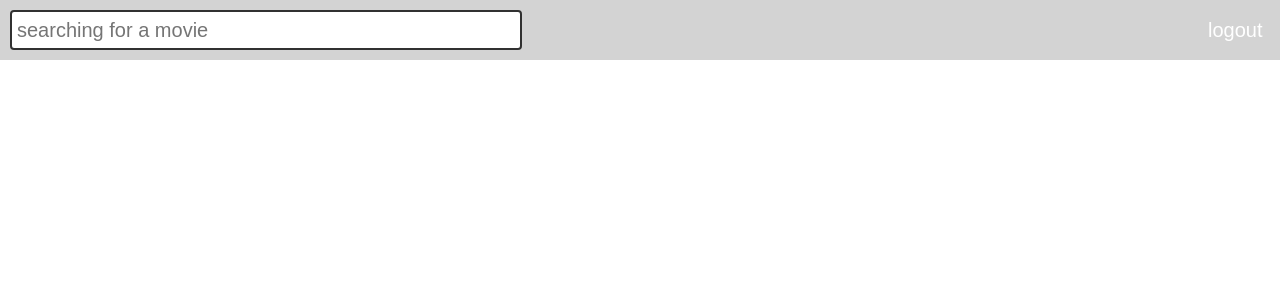
Repository: rutsguifd/uni
Page: /films (app in filmhub-react/)
These files come from the project's save history. The page is drawn as it stood at one moment and after the next save; the edit follows.
The browser window is 1280 px wide. The pictures show the whole page.
The page's requests for data from a server got no answer. The project was rebuilt for these pictures with package versions that can differ from the ones it lists, and the page was loaded fresh each time. No one was signed in, and anything a server would have sent is missing. Also part of the build but not shown: filmhub-react/src/components/Chat.jsx, filmhub-react/src/store/actions/movieActions.js, filmhub-react/src/styles/FilmPage.scss, filmhub-react/src/pages/FilmPage.jsx, filmhub-react/src/styles/FilmItem.scss, filmhub-react/src/components/FilmItem.jsx, filmhub-react/src/styles/FilmList.scss, filmhub-react/src/store/actions/actions.js and 4 more.

Above is the page before, as saved 2022-05-10 03:06:16.

### filmhub-react/src/index.js
import React from "react";
import ReactDOM from "react-dom";
import { Provider } from "react-redux";
import { BrowserRouter } from "react-router-dom";
import App from "./App";
import { store } from "./store";

ReactDOM.render(
  <React.StrictMode>
    <BrowserRouter>
      <Provider store={store}>
        <App />
      </Provider>
    </BrowserRouter>
  </React.StrictMode>,
  document.getElementById("root")
);

### filmhub-react/src/App.js

import AppRouter from "./router/AppRouter";
import './styles/App.scss'

function App() {
  return (
    <div className="App">
      <AppRouter/>
    </div>
  );
}

export default App;

### filmhub-react/src/store/index.js
import { applyMiddleware, combineReducers, createStore } from "redux";
import thunk from "redux-thunk";
import { fetchDataReducer } from "./reducers/fetchDataReducer"
import { fetchMovieReducer } from "./reducers/fetchMovieReducer";
const rootReducer = combineReducers({
    fetchDataReducer,
    fetchMovieReducer,
})

export const store = createStore(rootReducer, applyMiddleware(thunk))

### filmhub-react/src/router/AppRouter.jsx
import React from "react";
import { Route, Routes } from "react-router-dom";
import FilmPage from "../pages/FilmPage";
import Films from "../pages/Films";
import HomePage from "../pages/HomePage";

const AppRouter = () => {
  return (
    <>
      <Routes>
        <Route path="/" element={<HomePage />}/>
        <Route path="/films" element={<Films />} />
        <Route path="/films/:id" element={<FilmPage />} />
      </Routes>
    </>
  );
};

export default AppRouter;

### filmhub-react/src/styles/App.scss
* {
    font-size: 20px;
    margin: 0;
    padding: 0;
    box-sizing: border-box;

    font-family: 'Fira Sans', sans-serif;
}

#root{
    display: flex;
    justify-content: center;
}

.App{
    width: 100%;
    max-width: 100%;
}

### filmhub-react/src/store/reducers/fetchDataReducer.js

const initialState = {
    movies:
    {
        data: null,
        loading: false,
        error: false,
    }
};

const FETCH_MOVIES = "FETCH_SEARCH_MOVIES";
const FETCH_MOVIES_SUCCESS = "FETCH_MOVIES_SUCCESS";
const FETCH_MOVIES_FAILURE = "FETCH_MOVIES_FAILURE";

export const fetchDataReducer = (state = initialState, action) => {
    switch(action.type) {
        case FETCH_MOVIES:
            return {
                ...state,
                movies: {
                    data: null,
                    loading: true,
                    error: false,
                }
            }
        case FETCH_MOVIES_SUCCESS:
            return {
                ...state,
                movies: {
                    data: action.payload,
                    loading: false,
                    error: false,
                }
            }
            case FETCH_MOVIES_FAILURE:
                return {
                    ...state,
                    movies: {
                        data: null,
                        loading: false,
                        error: action.payload,
                    }
                }
        default:
            return state;
    }
}

### filmhub-react/src/store/reducers/fetchMovieReducer.js

const initialState = {
    movie:
    {
        data: null,
        loading: false,
        error: false,
    }
};

const FETCH_MOVIE = "FETCH_MOVIE";
const FETCH_MOVIE_SUCCESS = "FETCH_MOVIE_SUCCESS";
const FETCH_MOVIE_FAILURE = "FETCH_MOVIE_FAILURE";

export const fetchMovieReducer = (state = initialState, action) => {
    switch(action.type) {
        case FETCH_MOVIE:
            return {
                ...state,
                movie: {
                    data: null,
                    loading: true,
                    error: false,
                }
            }
        case FETCH_MOVIE_SUCCESS:
            return {
                ...state,
                movie: {
                    data: action.payload,
                    loading: false,
                    error: false,
                }
            }
            case FETCH_MOVIE_FAILURE:
                return {
                    ...state,
                    movie: {
                        data: null,
                        loading: false,
                        error: action.payload,
                    }
                }
        default:
            return state;
    }
}

### filmhub-react/src/pages/Films.jsx
import React from 'react'
import FilmList from '../components/FilmList'
import Header from '../components/Header'

const Films = () => {
  return (
    <>
    <Header />
    <FilmList/>
    </>
  )
}

export default Films

### filmhub-react/src/components/Header.jsx
import React, { useState } from "react";
import { useNavigate } from "react-router-dom";
import "../styles/Header.scss";
import MyInput from "./UI/MyInput/MyInput";
import MyButton from "./UI/MyButton/MyButton";

const Header = () => {
  const user = true;
  const navigate = useNavigate();
  const [searchQuery, setSearchQuery] = useState("");
  const onChange = (e) => {
    setSearchQuery(e.target.value);
  };
  const onSubmit = (e) => {
    e.preventDefault();
    navigate(`/films?query=${searchQuery}&page=1`);
    setSearchQuery("");
  };
  return (
    <div className="header">
      <form onSubmit={onSubmit}>
        <MyInput
          placeholder="searching for a movie"
          value={searchQuery}
          onChange={onChange}
        />
      </form>
      {user ?
        <MyButton style={{marginLeft: 'auto'}}>logout</MyButton>
        :
        <button>login</button>
      }
    </div>
  );
};

export default Header;

### filmhub-react/src/styles/Header.scss
.header{
    display: flex;
    justify-content: center;
    align-items: center;
    background-color: #d3d3d3;
}

### filmhub-react/src/components/UI/MyInput/MyInput.jsx
import React from 'react'
import classes from './MyInput.module.scss'

const MyInput = (props) => {
  return (
    <input {...props} className={classes.input}/>
  )
}

export default MyInput

### filmhub-react/src/components/UI/MyButton/MyButton.jsx
import React from 'react'
import classes from "./MyButton.module.scss"

const MyButton = ({children, ...props}) => {
  return (
    <button {...props} className={classes.button}>{children}</button>
  )
}

export default MyButton

### filmhub-react/src/components/UI/MyInput/MyInput.module.scss
.input{
    padding-left: 5px;
    margin: 10px;
    height: 40px;
    width: 40vw;
    border-radius: 4px;
    border: 2px solid #313131;
    &:hover {
        transition: 0.2s;
        background-color: #ffffff;
    }
}

### filmhub-react/src/components/UI/MyButton/MyButton.module.scss
.button {
    padding: 10px;
    width: 7vw;
    color: #fff;
    background-color: transparent;
    border: none;
    border-radius: 4px;
    &:hover {
        transition: 0.5s;
        background-color: #fff;
        color: #000;
    }
}

Loaded but not shown: filmhub-react/public/index.html (common file)

After the next save:
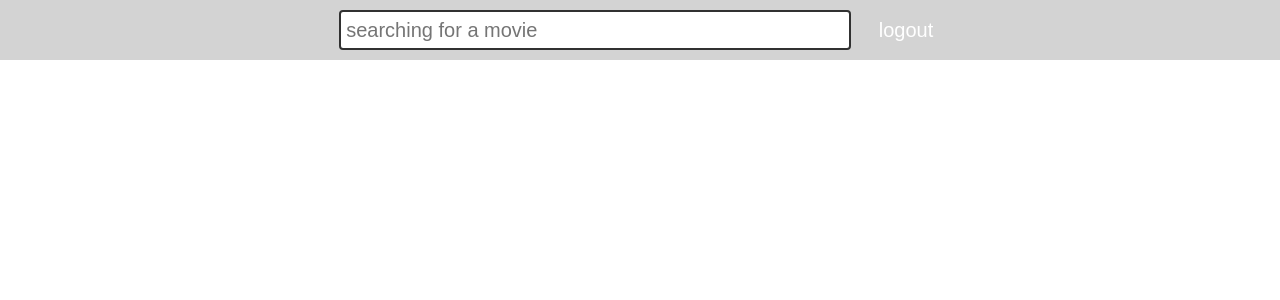
Saved 23 s later.
--- a/filmhub-react/src/components/Header.jsx
+++ b/filmhub-react/src/components/Header.jsx
@@ -26,7 +26,7 @@ const Header = () => {
         />
       </form>
       {user ?
-        <MyButton style={{marginLeft: 'auto'}}>logout</MyButton>
+        <MyButton>logout</MyButton>
         :
         <button>login</button>
       }
